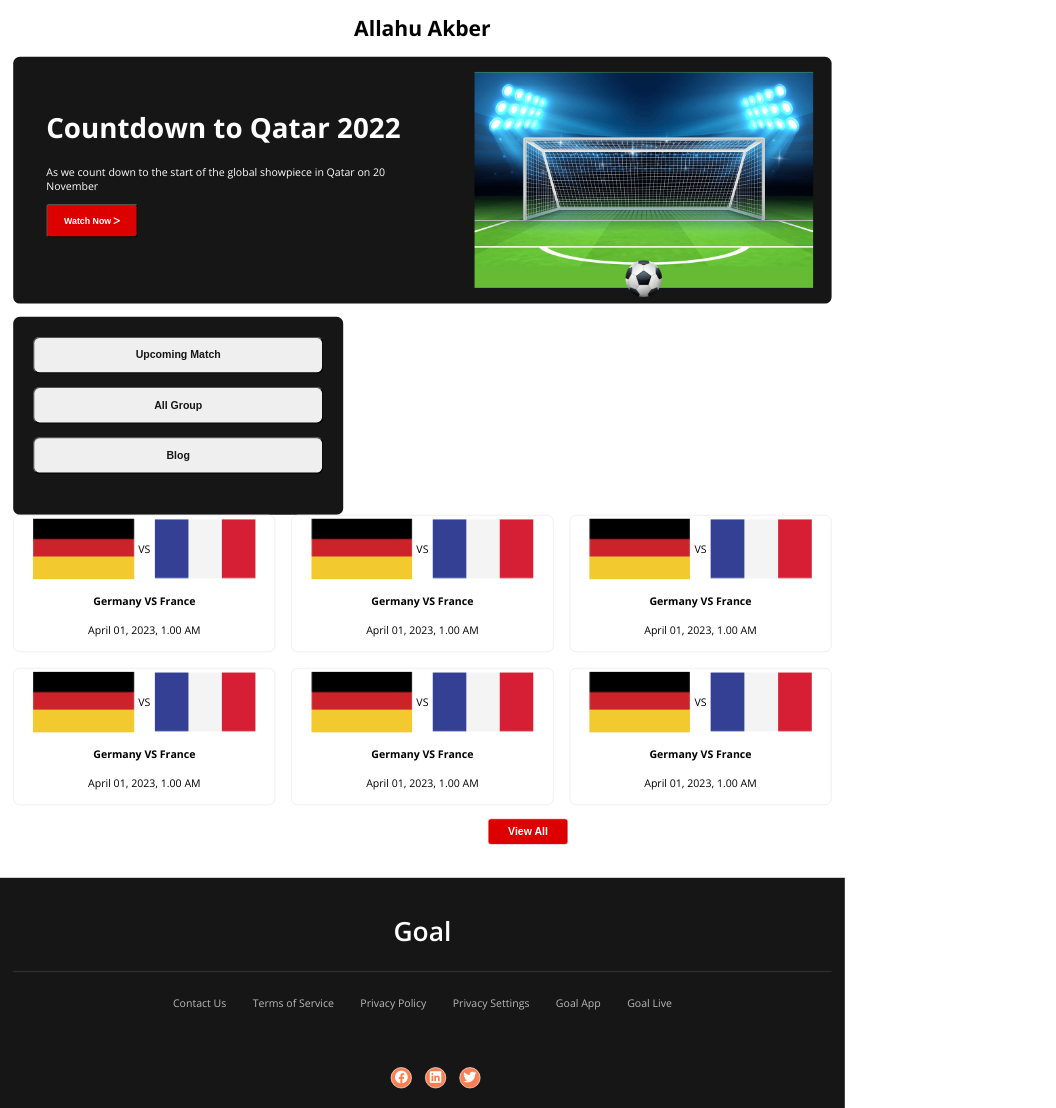
Repository: zjria/Qatar-world-cup
Page: match.html
An editor plug-in stored every save of this project. The page is shown before and after the next save, followed by the edit.
The browser window is 1280 px wide. The page is 1600 px wide, so the pictures cover 1600 px, including what lies to the right of the window. The pictures show the whole page, at 66% of full size.

Above is the page before, as saved 2022-09-10 18:07:49.

After the next save:
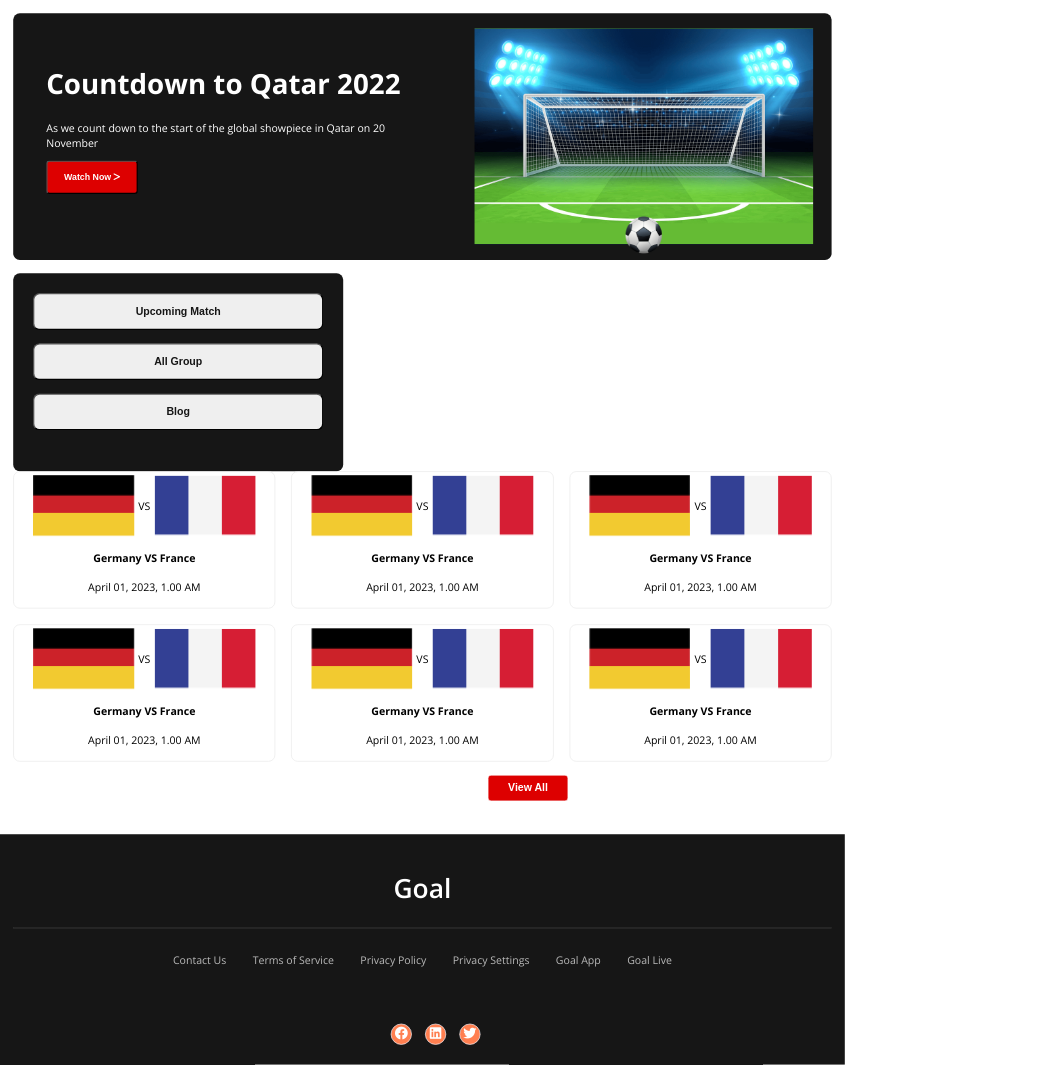
Saved 86 min 43 s later.
--- a/match.html
+++ b/match.html
@@ -20,7 +20,7 @@
 </head>
 
 <body>
-    <h1 style="text-align:center;">Allahu Akber</h1>
+    <!-- <h1 style="text-align:center;">Allahu Akber</h1> -->
 
 
     <!-- Header Section -->
